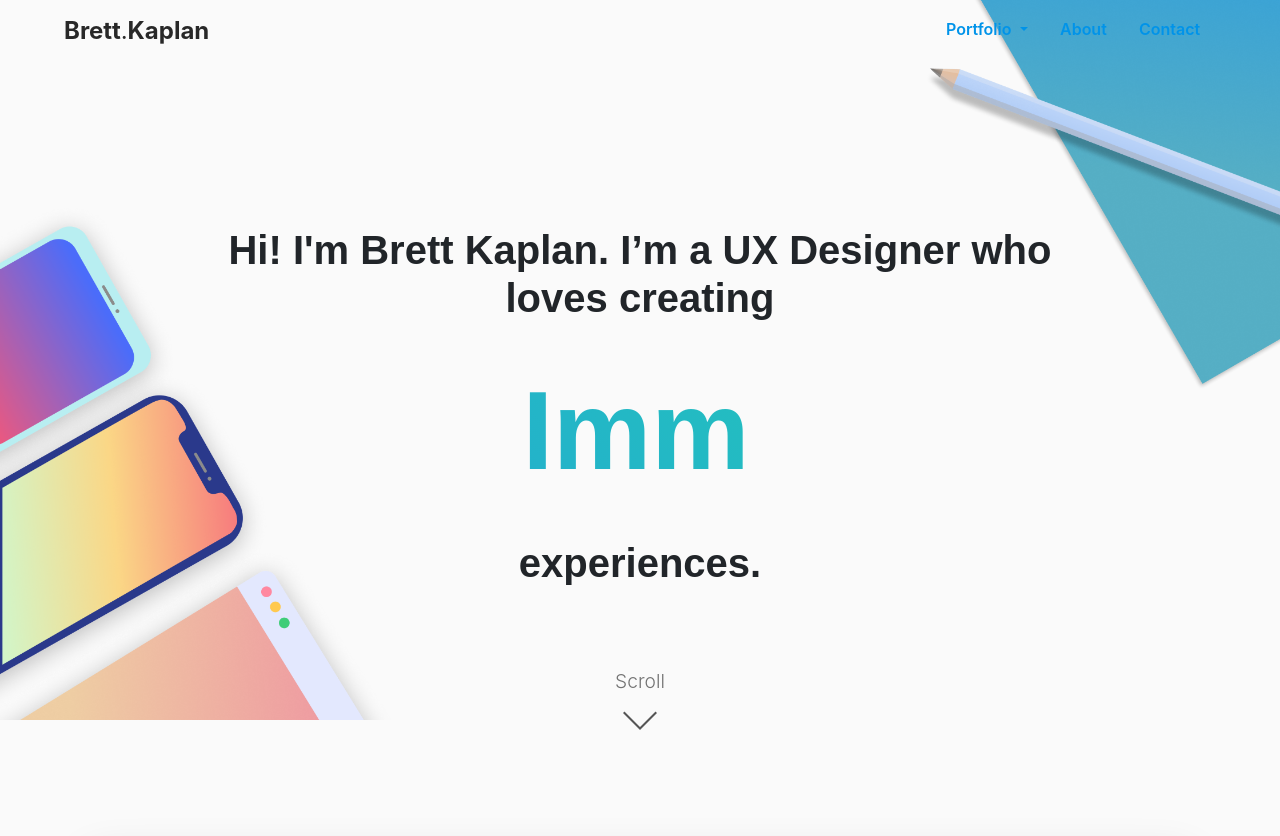
Repository: bkap1690/bkap1690.github.io
Page: index.html
These files come from the project's save history. The page is drawn as it stood at one moment and after the next save; the edit follows.
The browser window is 1280 px wide. The pictures show the part of the page from y = 0 to 836 px (the page is 2614 px tall).
A picture or video elsewhere on the page could not be fetched, so the positions and the page height are approximate. An inner scrolling area shows only its first screen. Backgrounds fixed to the window are drawn as part of the page. Some web libraries are served in a nearby version.

Above is the page before, as saved 2020-10-15 23:27:18.
Console error: TypeError: Cannot set properties of null (setting 'className')

### index.html
<!DOCTYPE html>
<html lang="en">

<head>
  <meta charset="UTF-8">
  <meta name="viewport" content="width=device-width, initial-scale=1.0">
  <meta http-equiv="X-UA-Compatible" content="ie=edge">
  <meta name="Description" content="Enter your description here" />
  <link rel="stylesheet" href="https://cdnjs.cloudflare.com/ajax/libs/twitter-bootstrap/4.5.0/css/bootstrap.min.css">
  <link rel="stylesheet" href="https://cdnjs.cloudflare.com/ajax/libs/font-awesome/5.13.0/css/all.min.css">
  <link rel="stylesheet" href="css/style.min.css">
  <link rel="stylesheet" href="css/hover-min.css">
  <link href="https://unpkg.com/aos@2.3.1/dist/aos.css" rel="stylesheet">
  <title>Brett Kaplan</title>
</head>
<script>
  document.body.className = 'js';
</script>

<body>
  <header>
    <nav class="navbar navbar-expand-lg navbar-light bg-light fixed-top">
      <a class="navbar-brand nav-logo pl-lg-5" href="#">Brett<span id="logo-dot">.</span>Kaplan</a>
      <button class="navbar-toggler" type="button" data-toggle="collapse" data-target="#navbarSupportedContent"
        aria-controls="navbarSupportedContent" aria-expanded="false" aria-label="Toggle navigation">
        <span class="navbar-toggler-icon"></span>
      </button>

      <div class="collapse navbar-collapse justify-content-end" id="navbarSupportedContent">
        <ul class="navbar-nav pr-lg-5">
          <li class="nav-item dropdown">
            <a class="main-nav-link hvr-underline-from-center mx-3 px-0 dropdown-toggle" href="#"
              id="navbarDropdownMenuLink" data-toggle="dropdown" aria-haspopup="true" aria-expanded="false">Portfolio
              <span class="sr-only">(current)</span></a>
            <div class="dropdown-menu" aria-labelledby="navbarDropdownMenuLink">
              <a class="dropdown-item" href="sportsstream.html">SportsStream</a>
              <a class="dropdown-item" href="citypups.html">CityPups</a>
            </div>
          </li>
          <li class="nav-item">
            <a class="main-nav-link hvr-underline-from-center mx-3 px-0" href="about.html">About</a>
          </li>
          <li class="nav-item">
            <a class="main-nav-link hvr-underline-from-center mx-3 px-0" href="contact.html">Contact</a>
          </li>
        </ul>
      </div>
    </nav>
  </header>
  <div class="top-content container-fluid">
    <div class="row justify-content-center align-items-center">
      <!-- Content here -->
      <div class="pt-4 headline col-lg-8 col-md-12">
        <h1 class="text-center">
          Hi! I'm Brett Kaplan. I’m a UX Designer who loves creating
        </h1>
        <h1 class="typing heading text-center py-5">
          <span class="txt-rotate" data-period="2000"
            data-rotate='[ "enjoyable", "immersive", "people-focused" ]'></span>
        </h1>
        <h1 class="text-center">
          experiences.
        </h1>
      </div>
      <!-- <div class="floating-images col-lg-4 col-md-12">
        <ul class="floating-images__container">

          <li class="floating-image">
            <div class="image img-container">
              <img src="dist/img/hero-images/x06-news_app_concept.png.pagespeed.ic.EnncIiBDpJ.webp" alt="">
            </div>
          </li>
          <li class="floating-image">
            <div class="image img-container">
              <img src="dist/img/hero-images/x07-newsletter_landing_page.png.pagespeed.ic.LBzXV0xePM.webp" alt="">
            </div>
          </li>
          <li class="floating-image">
            <div class="image img-container">
              <img src="dist/img/hero-images/x08-landing-page-template.png.pagespeed.ic.x9f71mSB3h.webp" alt="">
            </div>
          </li>
          <li class="floating-image">
            <div class="image img-container">
              <img src="dist/img/hero-images/x09-hero_idea__2.png.pagespeed.ic.W4DFxZuD9m.webp" alt="">
            </div>
          </li>
          <li class="floating-image">
            <div class="image img-container">
              <img src="assets/CityPupsMocks_thumbnail.png" alt="">
            </div>
          </li>
          <li class="floating-image">
            <div class="image img-container">
              <img src="dist/img/hero-images/x11-looper_wallpapers.png.pagespeed.ic.aa73FLs4iI.webp" alt="">
            </div>
          </li>
        </ul>
      </div> -->
    </div>
    <div class="scroll d-flex justify-content-center mt-3 pt-2"><a href="#section1">Scroll</a></div>
    <div id="section04" class="d-flex mt-1 justify-content-center">
      <a href="#section1"></a>
    </div>
  </div>





  <section id="section1" class="section-gap">
    <div class="container col-centered">
      <a href="./sportsstream.html">
        <div class="my-5 py-6 aos-init aos-animate" data-aos="fade-up" data-aos-duration="600">

          <div class="row card-project-big justify-content-between align-items-center">

            <div class="col-md-6 card-round-lg card-round-sm card-gradient-blue">
              <img width="100%" src="assets/sportsstream_app_case_study_hero.png" aria-label="Image" role="img">
            </div>

            <div class="col-md-6">
              <div class="card-body">
                <h5 class="card-title">SportsStream App</h5>
                <p class="card-subtitle">UX Design | UX Research | UI Design | Information
                  Architecture
                </p>
                <p class="card-text">Access all sporting games and events within a dedicated sports streaming app.</p>
              </div>
            </div>
          </div>
        </div>
      </a>

      <a href="./citypups.html">
        <div class="my-5 py-6 aos-init aos-animate" data-aos="fade-up" data-aos-duration="600">

          <div class="row card-project-big justify-content-between align-items-center">
            <div class="col-md-6 card-round-lg card-round-sm card-gradient-orange">
              <img width="100%" src="assets/CityPupsMocks_Big.svg" aria-label="Image" role="img">

            </div>
            <div class="col-md-6">
              <div class="card-body">
                <h5 class="card-title">CityPups</h5>
                <p class="card-subtitle">UX Design | UX Research | UI Design | Interaction
                  Design</p>
                <p class="card-text">Helping city-goers match with dogs suited to the city lifestyle.</p>
              </div>
            </div>
          </div>
        </div>
      </a>
      <!-- <a href="./sportsstream.html">
        <div class="my-5 py-6 aos-init aos-animate" data-aos="fade-up" data-aos-duration="600">

          <div class="row card-project-big justify-content-between align-items-center">
            <div class="col-md-6 card-round-lg card-round-sm card-gradient-red">
              <img width=" 100%" src="" aria-label="Image" role="img">

            </div>
            <div class="col-md-6">
              <div class="card-body">
                <h5 class="card-title">Card title</h5>
                <p class="card-text">It's a broader card with text below as a natural lead-in to extra content. This
                  content is a little longer.</p>
                <p class="card-text"><small class="text-muted">Last updated 3 mins ago</small></p>
              </div>
            </div>
          </div>
        </div>
      </a> -->

    </div>

    <!--------------- Grid Project List Style -- To Be Used At A Later Date ----------------->

    <!-- <ul class="thumbnail-grid">

        <a href="./sportsstream.html">
          <li data-aos="fade-up" data-aos-duration="600" class="thumbnail-grid-item aos-init aos-animate">
            <div class="card-project"
              style="background-image: url('assets/sportsstream_app_case_study_hero.png'); background-size: contain; background-repeat: no-repeat;">
              <div class="card-bottom">
                <h4 class="card-title">
                  SportsStream App
                </h4>
                <h5 class="card-subtitle">
                  UX/UI Design, Research, AI
                </h5>
                <p class="card-content">
                  Stream your favorite sports.
                </p>
              </div>
            </div>
          </li>
        </a>


        <a href="./citypups.html">
          <li data-aos="fade-up" data-aos-duration="600" data-aos-delay="200"
            class="thumbnail-grid-item aos-init aos-animate">
            <div class="card-project"
              style="background-image: url('assets/CityPupsMocks.png'); background-size: contain; background-repeat: no-repeat;">
              <div class="card-bottom">
                <h4 class="card-title">
                  CityPups Website
                </h4>
                <h5 class="card-subtitle">
                  UX/UI Design, Interaction Design
                </h5>
                <p class="card-content">
                  Helping city-goers find dogs.
                </p>
              </div>
            </div>
          </li>
        </a>
        <br>
        <br>
        <br>
        <a href="./works/mirror-mirror.html">
          <li data-aos="fade-up" data-aos-duration="600" data-aos-delay="200" data-aos-offset="-50"
            class="thumbnail-grid-item aos-init aos-animate">
            <div class="card-project"
              style="background-image: url('assets/CityPupsMocks.png'); background-size: contain; background-repeat: no-repeat;">
              <div class="card-bottom">
                <h4 class="card-title">
                  Relayto Platform
                </h4>
                <h5 class="card-subtitle">
                  UX Design, UX Research, AI
                </h5>
                <p class="card-content">
                  Easily transform your static PDFs into web-based presentations
                </p>
              </div>
            </div>
          </li>
        </a>

        <a href="./works/THD.html">
          <li data-aos="fade-up" data-aos-duration="600" data-aos-delay="200"
            class="thumbnail-grid-item aos-init aos-animate">
            <div class="card-project"
              style="background-image: url('assets/CityPupsMocks.png'); background-size: contain; background-repeat: no-repeat;">
              <div class="card-bottom">
                <h4 class="card-title">
                  My Home Depot Internship
                </h4>
                <h5 class="card-subtitle">
                  UX/UI Design, UX Research, Internship
                </h5>
                <p class="card-content">
                  What I learned and what I could have done during my Home Depot internship.
                </p>
              </div>
            </div>
          </li>
        </a>
      </ul> -->
    </div>
  </section>
  <a class="hidden" href="" id="scroll-to-top"><i class="fa fa-chevron-up" aria-hidden="true"></i></a>
  <!-- Footer -->
  <footer class="page-footer pt-md-5 mt-md-5 pt-sm-2 mt-sm-2">
    <!-- Footer Elements -->
    <div class="container d-flex justify-content-center">
      <!-- Grid row-->
      <div class="row">
        <!-- Grid column -->
        <div class="col-md-12 pt-5 pb-2">
          <div class="flex-center">
            <!-- Facebook -->
            <a class="sl-ic" href="https://www.facebook.com/brett.kaplan.79/" target="_blank">
              <i class="fab fa-facebook-f fa-lg white-text mr-md-4 mr-3"> </i>
            </a>
            <!--Linkedin -->
            <a class="sl-ic" href="https://www.linkedin.com/in/brettkkaplan/" target="_blank">
              <i class="fab fa-linkedin-in fa-lg white-text mr-md-4 mr-3">
              </i>
            </a>
            <!--Dribbble -->
            <a class="sl-ic" href="mailto:hello@brettkaplan.design" target="_blank">
              <i class="fab far fa-envelope fa-lg white-text mr-md-4 mr-3"> </i>
            </a>
          </div>
        </div>
        <!-- Grid column -->
      </div>
      <!-- Grid row-->
    </div>
    <!-- Footer Elements -->

    <!-- Copyright -->
    <div class="font-weight-bold text-center py-4" style="font-size: 1.2rem;">
      Email me at
      <a href="mailto:hello@brettkaplan.design">hello@brettkaplan.design</a>
    </div>
    <div class="footer-copyright text-center pb-3">
      © 2020 Copyright:
      <a href="https://brettkaplan.design/">brettkaplan.design</a>
    </div>
    <!-- Copyright -->
  </footer>
  <!-- Footer -->
  <section class="test2"></section>
  <script src="https://unpkg.com/aos@next/dist/aos.js"></script>
  <script>
    AOS.init();
  </script>

  <script src="https://code.jquery.com/jquery-3.5.1.min.js"
    integrity="sha256-9/aliU8dGd2tb6OSsuzixeV4y/faTqgFtohetphbbj0=" crossorigin="anonymous"></script>
  <script src="https://cdnjs.cloudflare.com/ajax/libs/popper.js/1.16.1/umd/popper.min.js"></script>
  <script src="https://cdnjs.cloudflare.com/ajax/libs/twitter-bootstrap/4.5.0/js/bootstrap.min.js"></script>
  <script type="text/javascript" src="js/js.js"></script>
</body>

</html>

### js/js.js
$(document).ready(function () {
  $("#secondary-nav").hide();

  // Add smooth scrolling to all links
  $("a").on("click", function (event) {
    // Make sure this.hash has a value before overriding default behavior
    if (this.hash !== "") {
      // Prevent default anchor click behavior
      event.preventDefault();

      // Store hash
      var hash = this.hash;

      // Using jQuery's animate() method to add smooth page scroll
      // The optional number (800) specifies the number of milliseconds it takes to scroll to the specified area
      $("html, body").animate({
          scrollTop: $(hash).offset().top,
        },
        800,
        function () {
          // Add hash (#) to URL when done scrolling (default click behavior)
          window.location.hash = hash;
        }
      );
    } // End if
  });
});

// Typing Effect on Hero Header

var TxtRotate = function (el, toRotate, period) {
  this.toRotate = toRotate;
  this.el = el;
  this.loopNum = 0;
  this.period = parseInt(period, 10) || 1000;
  this.txt = "";
  this.tick();
  this.isDeleting = false;
};

TxtRotate.prototype.tick = function () {
  var i = this.loopNum % this.toRotate.length;
  var fullTxt = this.toRotate[i];

  if (this.isDeleting) {
    this.txt = fullTxt.substring(0, this.txt.length - 1);
  } else {
    this.txt = fullTxt.substring(0, this.txt.length + 1);
  }

  this.el.innerHTML = '<span class="wrap">' + this.txt + "</span>";

  var that = this;
  var delta = 300 - Math.random() * 100;

  if (this.isDeleting) {
    delta /= 2;
  }

  if (!this.isDeleting && this.txt === fullTxt) {
    delta = this.period;
    this.isDeleting = true;
  } else if (this.isDeleting && this.txt === "") {
    this.isDeleting = false;
    this.loopNum++;
    delta = 500;
  }

  setTimeout(function () {
    that.tick();
  }, delta);
};

window.onload = function () {
  var elements = document.getElementsByClassName("txt-rotate");
  for (var i = 0; i < elements.length; i++) {
    var toRotate = elements[i].getAttribute("data-rotate");
    var period = elements[i].getAttribute("data-period");
    if (toRotate) {
      new TxtRotate(elements[i], JSON.parse(toRotate), period);
    }
  }
  // INJECT CSS
  var css = document.createElement("style");
  css.type = "text/css";
  css.innerHTML =
    ".txt-rotate > .wrap { border-right: 0.08em solid transparent }";
  document.body.appendChild(css);
};

$(function () {
  $(window).scroll(function (e) {
    if ($(this).scrollTop() > 800) {
      $("#secondary-nav").fadeIn("slow");
    } else {
      $("#secondary-nav").fadeOut("fast");
    }
  });
});



//Cross-browser smooth-scroll JS:

$('a[href^="#"]').on("click", function (e) {
  e.preventDefault();

  var target = this.hash;
  var $target = $(target);

  $("html, body")
    .stop()
    .animate({
        scrollTop: $target.offset().top,
      },
      700,
      "swing",
      function () {
        window.location.hash = target;
      }
    );
});

//Check to see if the window is top if not then display button
$(window).scroll(function () {
  if ($(this).scrollTop() > 300) {
    $("#scroll-to-top").fadeIn();
  } else {
    $("#scroll-to-top").fadeOut();
  }
});




//Click event to scroll to top
$("#scroll-to-top").click(function () {
  $("html, body").animate({
      scrollTop: 0,
    },
    600
  );
  return false;
});

$(document).ready(function () {
  var getMax = function () {
    return $(document).height() - $(window).height();
  };

  var getValue = function () {
    return $(window).scrollTop();
  };

  if ("max" in document.createElement("progress")) {
    var progressBar = $("progress");

    progressBar.attr({
      max: getMax(),
    });

    $(document).on("scroll", function () {
      progressBar.attr({
        value: getValue(),
      });
    });

    $(window).resize(function () {
      progressBar.attr({
        max: getMax(),
        value: getValue(),
      });
    });
  } else {
    var progressBar = $(".progress-bar"),
      max = getMax(),
      value,
      width;

    var getWidth = function () {
      value = getValue();
      width = (value / max) * 100;
      width = width + "%";
      return width;
    };

    var setWidth = function () {
      progressBar.css({
        width: getWidth(),
      });
    };

    $(document).on("scroll", setWidth);
    $(window).on("resize", function () {
      max = getMax();
      setWidth();
    });
  }
});

$(window).scroll(function () {
  $("nav").toggleClass("scrolled", $(this).scrollTop() > 100);
});

// Some random colors
const colors = ["#3CC157", "#2AA7FF", "#1B1B1B", "#FCBC0F", "#F85F36"];

const numBalls = 50;
const balls = [];

for (let i = 0; i < numBalls; i++) {
  let ball = document.createElement("div");
  ball.classList.add("ball");
  ball.style.background = colors[Math.floor(Math.random() * colors.length)];
  ball.style.left = `${Math.floor(Math.random() * 100)}vw`;
  ball.style.top = `${Math.floor(Math.random() * 100)}vh`;
  ball.style.transform = `scale(${Math.random()})`;
  ball.style.width = `${Math.random()}em`;
  ball.style.height = ball.style.width;

  balls.push(ball);
  document.body.append(ball);
}

// Keyframes
balls.forEach((el, i, ra) => {
  let to = {
    x: Math.random() * (i % 2 === 0 ? -11 : 11),
    y: Math.random() * 12
  };

  let anim = el.animate(
    [
      { transform: "translate(0, 0)" },
      { transform: `translate(${to.x}rem, ${to.y}rem)` }
    ],
    {
      duration: (Math.random() + 1) * 2000, // random duration
      direction: "alternate",
      fill: "both",
      iterations: Infinity,
      easing: "ease-in-out"
    }
  );
});

Loaded but not shown: css/style.min.css (library); css/hover-min.css (library)

After the next save:
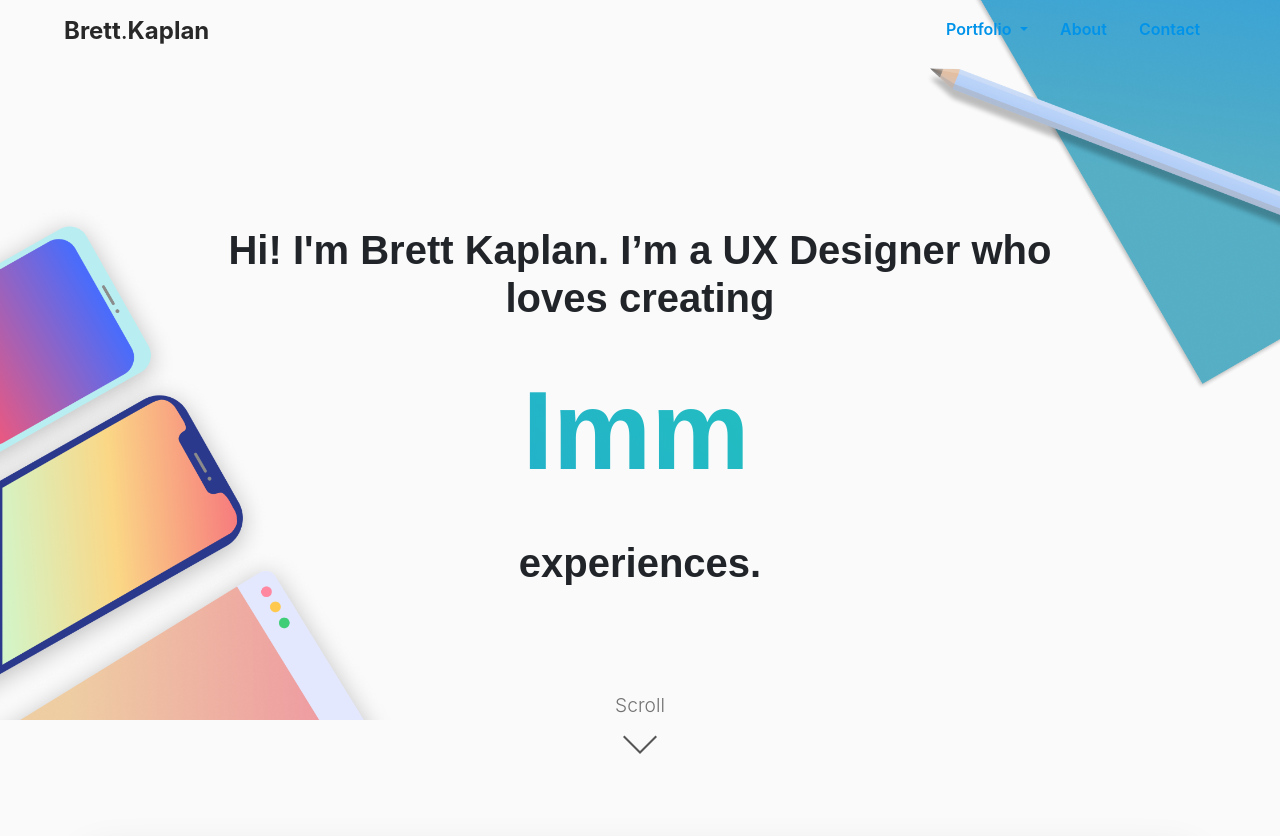
Saved 7 s later.
--- a/index.html
+++ b/index.html
@@ -50,7 +50,7 @@
   <div class="top-content container-fluid">
     <div class="row justify-content-center align-items-center">
       <!-- Content here -->
-      <div class="pt-4 headline col-lg-8 col-md-12">
+      <div class="py-4 headline col-lg-8 col-md-12">
         <h1 class="text-center">
           Hi! I'm Brett Kaplan. I’m a UX Designer who loves creating
         </h1>
